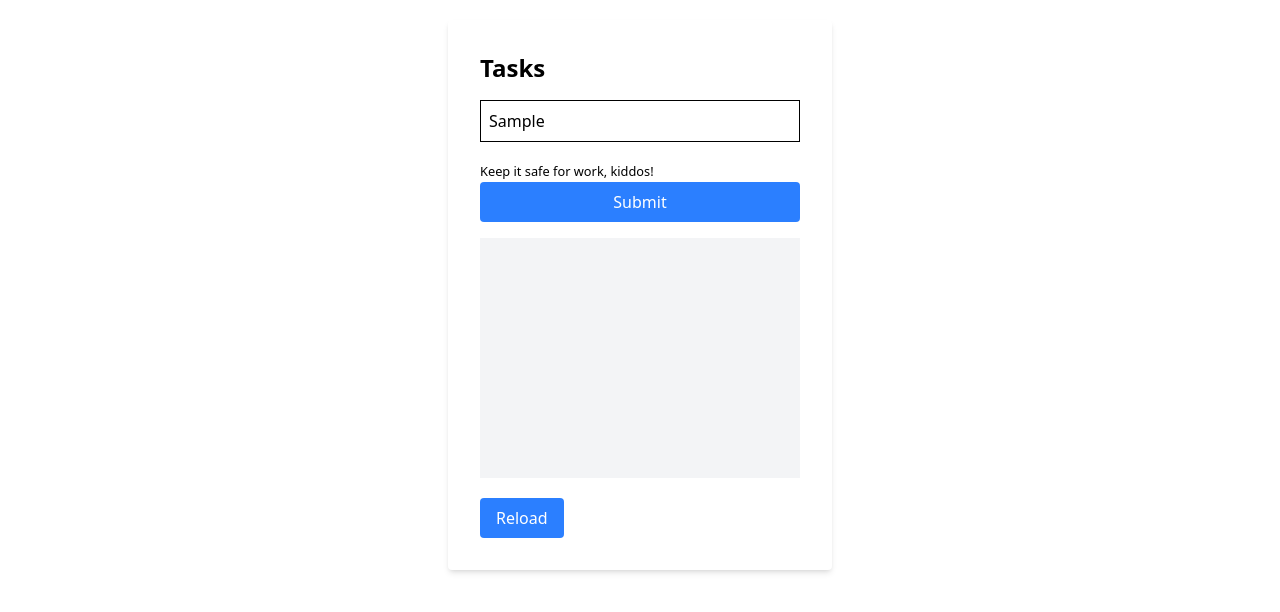
Repository: Arnaudbrice/pokemon-fetchApi-arnaud
Page: index.html
An editor plug-in stored every save of this project. The page is shown before and after the next save, followed by the edit.
The browser window is 1280 px wide. The pictures show the whole page.
Empty fields were first filled with sample values (such as "Sample", 5 or name@example.com).
After loading, the first visible `button.bg-blue-500` was clicked once.

Above is the page before, as saved 2025-07-10 14:13:27.
Console error: TypeError: localStorage.get is not a function

### index.html
<!DOCTYPE html>
<html lang="en-US">
  <head>
    <meta charset="UTF-8" />
    <meta name="viewport" content="width=device-width, initial-scale=1.0" />
    <meta charset="UTF-8" />
    <meta name="viewport" content="width=device-width, initial-scale=1.0" />
    <title>Input Storage</title>
    <script src="https://cdn.jsdelivr.net/npm/@tailwindcss/browser@4"></script>
  </head>
  <body>
    <div class="mt-5 flex items-center justify-center">
      <div class="bg-white p-8 rounded shadow-md w-96">
        <h1 class="text-2xl font-bold mb-4">Tasks</h1>
        <form>
          <input
            id="userInput"
            type="text"
            class="border p-2 w-full mb-4"
            placeholder="Enter a task"
          />
          <small>Keep it safe for work, kiddos!</small
          ><button
            class="bg-blue-500 hover:bg-blue-400 text-white p-2 rounded w-full"
          >
            Submit
          </button>
        </form>
        <ul class="mt-4 bg-gray-100 h-60 overflow-y-scroll"></ul>
        <button
          id="reload"
          class="mt-5 px-4 py-2 bg-blue-500 hover:bg-blue-400 text-white rounded"
        >
          Reload
        </button>
      </div>
    </div>

    <script src="script.js"></script>
  </body>
</html>

### script.js
// You can work here or download the template
const userInput = document.getElementById("userInput");

const submitBtn = document.querySelector("button");

const list = document.querySelector("ul");

submitBtn.addEventListener("click", event => {
  event.preventDefault();

  const userInputValue = userInput.value;
  if (!userInputValue) {
    return;
  }

  const id = self.crypto.randomUUID();
  const item = { id: id, content: userInputValue };

  //retrieves items array from the local storage
  const arrayItems = JSON.parse(localStorage.get("items")) || [];
  arrayItems.push(item);

  //update the localStorage
  localStorage.setItem("items", JSON.stringify(arrayItems));

  //retrieves items array from the local storage
  arrayItems = JSON.parse(localStorage.get("items")) || [];
  //clear list children
  list.textContent = "";

  for (const itemObject of arrayItems) {
    const listItem = document.createElement("li");
    listItem.textContent = itemObject.content;

    const redBtn = document.createElement("button");
    redBtn.textContent = "Delete";

    listItem.appendChild(redBtn);

    list.appendChild(listItem);
  }

  userInputValue.textContent = "";
});

After the next save:
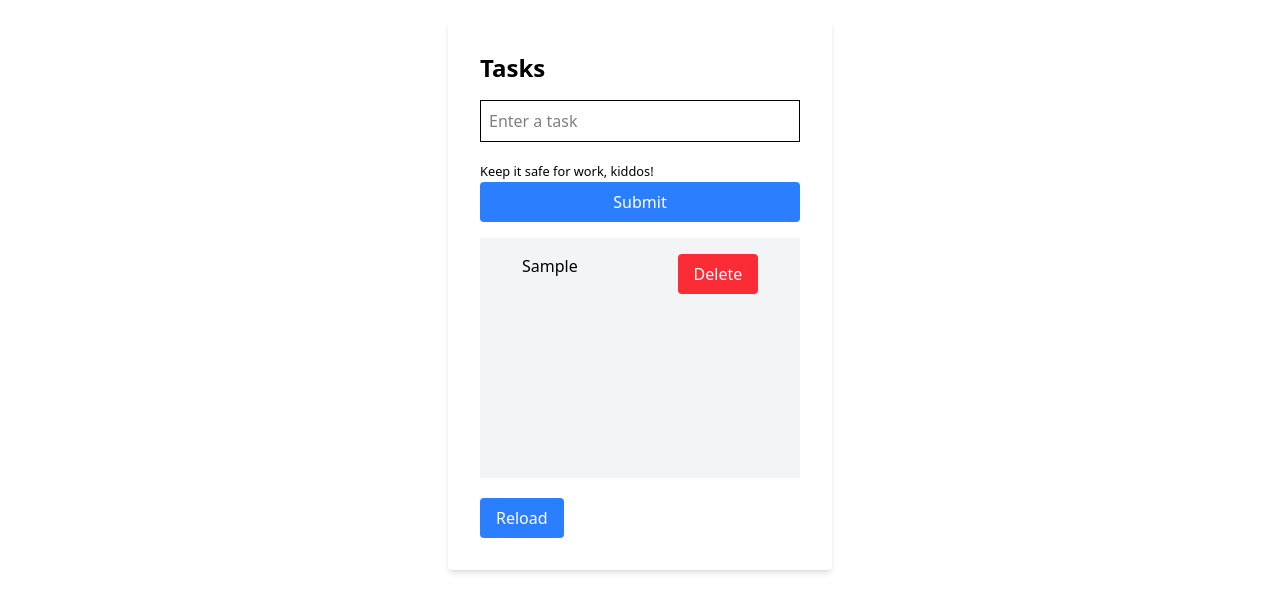
The error is gone.
Saved 2 h 6 min later.
--- a/script.js
+++ b/script.js
@@ -14,31 +14,100 @@
   }
 
   const id = self.crypto.randomUUID();
-  const item = { id: id, content: userInputValue };
+  const item = {
+    id: id,
+    content: userInputValue
+  };
 
   //retrieves items array from the local storage
-  const arrayItems = JSON.parse(localStorage.get("items")) || [];
+  const arrayItems = JSON.parse(localStorage.getItem("items")) || [];
+
   arrayItems.push(item);
 
   //update the localStorage
   localStorage.setItem("items", JSON.stringify(arrayItems));
 
+  createListItem();
+  //clear the input
+  userInput.value = "";
+});
+
+const createListItem = () => {
   //retrieves items array from the local storage
-  arrayItems = JSON.parse(localStorage.get("items")) || [];
+  const arrayItems = JSON.parse(localStorage.getItem("items")) || [];
   //clear list children
   list.textContent = "";
 
+  console.log(arrayItems);
+
   for (const itemObject of arrayItems) {
     const listItem = document.createElement("li");
-    listItem.textContent = itemObject.content;
+
+    const paragraph = document.createElement("p");
+    paragraph.textContent = itemObject.content;
+    // listItem.textContent = itemObject.content;
 
     const redBtn = document.createElement("button");
     redBtn.textContent = "Delete";
 
+    listItem.appendChild(paragraph);
+
     listItem.appendChild(redBtn);
 
     list.appendChild(listItem);
+
+    // list.classList.add("grid","grid-cols-[1fr]","gap-4");
+    listItem.classList.add(
+      "flex",
+      "justify-around",
+      "align-center",
+      "gap-4",
+      "my-4"
+    );
+    redBtn.classList.add(
+      "bg-red-500",
+      "hover:bg-red-400",
+      "text-white",
+      "p-2",
+      "rounded",
+      "min-w-[80px]",
+      "redBtn"
+    );
+    // redBtn.classList.add("mx-8");
   }
+};
 
-  userInputValue.textContent = "";
+//use of event bubbling here
+//Event bubbling us to attach a single event handler to a parent element to handle events that occur on its children
+list.addEventListener("click", event => {
+  console.log(event);
+  console.log(event.target);
+  // const list=event.target.parentElement.parentElement; //ul
+  const listItem = event.target.parentElement; //li
+
+  //retrieve the paragraph content
+  const listItemContent = listItem.firstElementChild.textContent;
+
+  console.log("listItemContent", listItemContent);
+
+  listItem.remove(); //remove the list item
+
+  //retrieve the array of items from the local storage
+  let arrayItems = JSON.parse(localStorage.getItem("items")) || [];
+  arrayItems = [...arrayItems].filter(item => item.content !== listItemContent);
+
+  console.log(arrayItems);
+  //update the localStorage with the new arrayItems
+  localStorage.setItem("items", JSON.stringify(arrayItems));
+  createListItem(); //populate the DOM again
 });
+
+window.addEventListener("load", () => {
+  createListItem();
+});
+
+// alternative
+const reloadBtn = document.getElementById("reload");
+reloadBtn.addEventListener("click", () => {
+  window.location.reload();
+});
